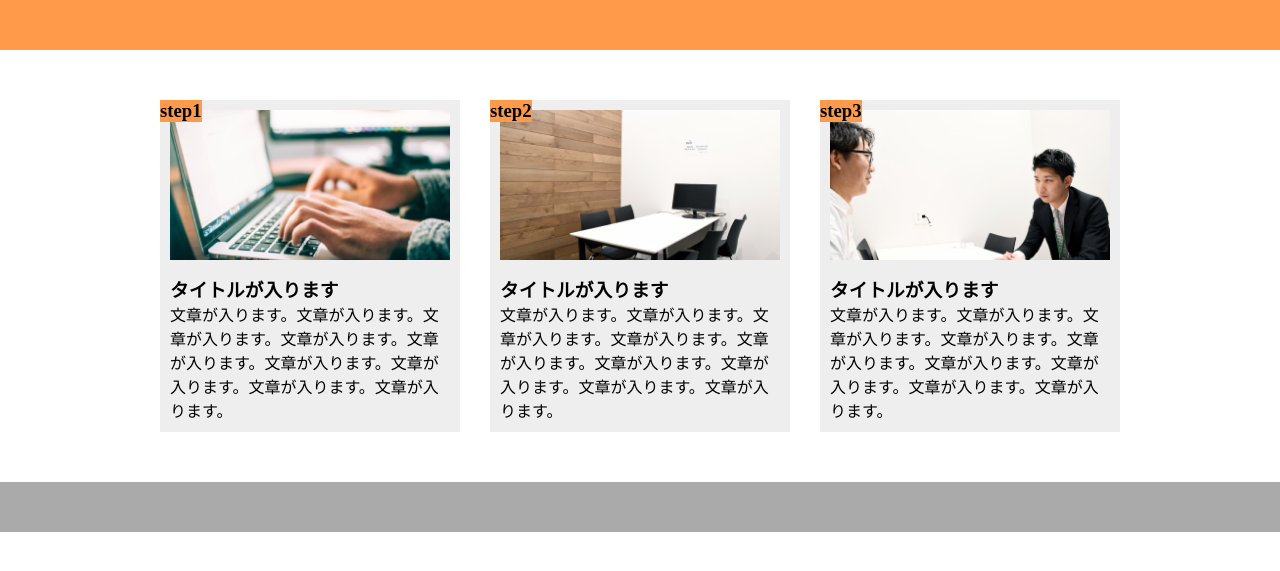
Repository: CarAll02/git-practice
Page: chapter9_exercise/index.html
The author's editor kept a record of every edit. The page is drawn from the files as they stood at one moment, then again after the next edit.
The browser window is 1280 px wide. The pictures show the whole page.

Above is the page before.

After the next edit:
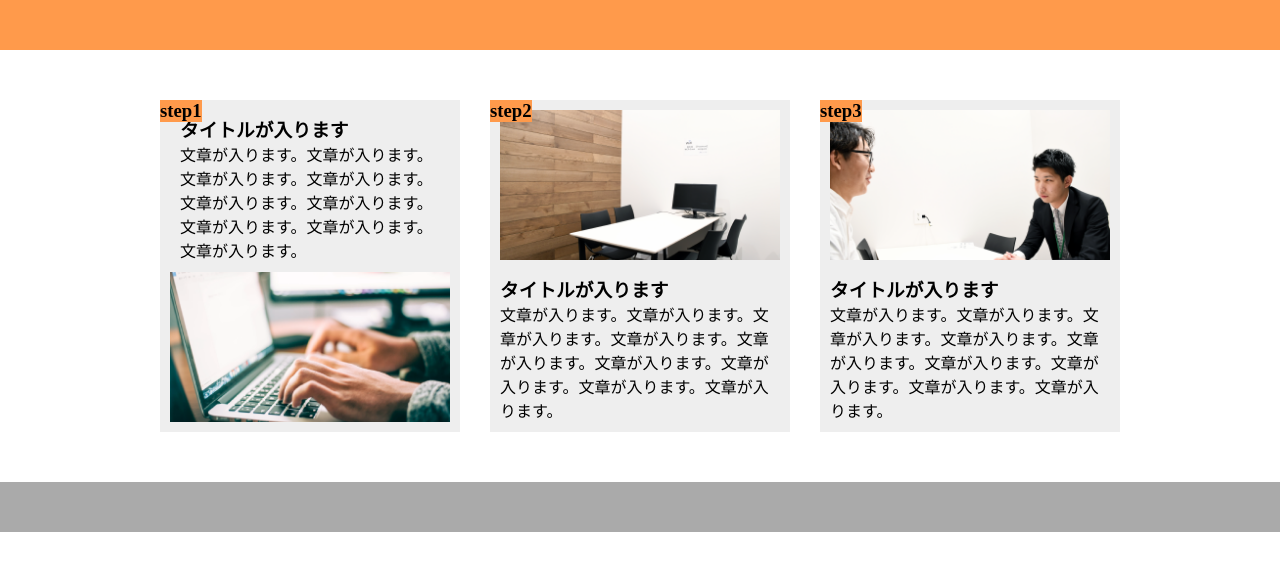
The edit:
--- a/chapter9_exercise/index.html
+++ b/chapter9_exercise/index.html
@@ -13,13 +13,13 @@
       <div class="box">
         <h3 class="step">step1</h3>
         <div class="box-in-box">
-
+          <section>
+          <h3 class="title">タイトルが入ります</h3>
+          <p class="text">文章が入ります。文章が入ります。文章が入ります。文章が入ります。文章が入ります。文章が入ります。文章が入ります。文章が入ります。文章が入ります。</p>
+          </section>
         </div>
         <div class="picture flow01"></div>
-        <section>
-          <h3 class="title">タイトルが入ります</h3>
-          <p class="text">文章が入ります。文章が入ります。文章が入ります。文章が入ります。文章が入ります。文章が入ります。文章が入ります。文章が入ります。文章が入ります。</p>
-        </section>
+
       </div>
       <div class="box">
         <h3 class="step">step2</h3>
